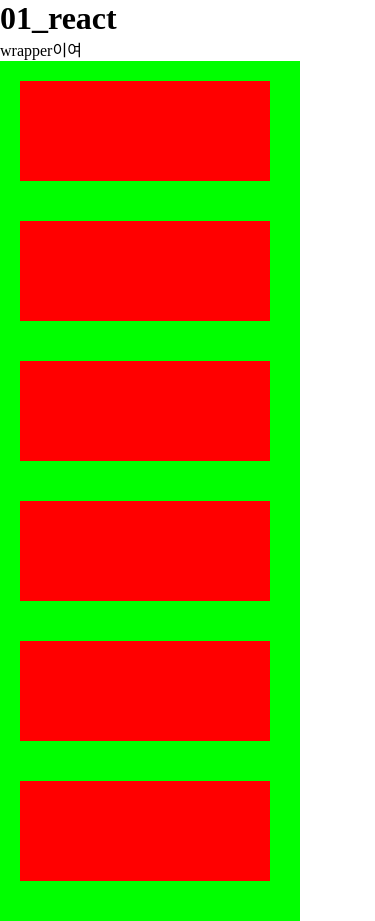
Repository: psun2/Korea-IT-Academy
Page: (back up) _ 오전/study_a/web_work/htmlCssProj/WebContent/react/01_react.html
These files come from the project's save history. The page is drawn as it stood at one moment and after the next save; the edit follows.
The browser window is 375 px wide. The pictures show the whole page.

Above is the page before, as saved 2020-07-29 06:40:25.

After the next save:
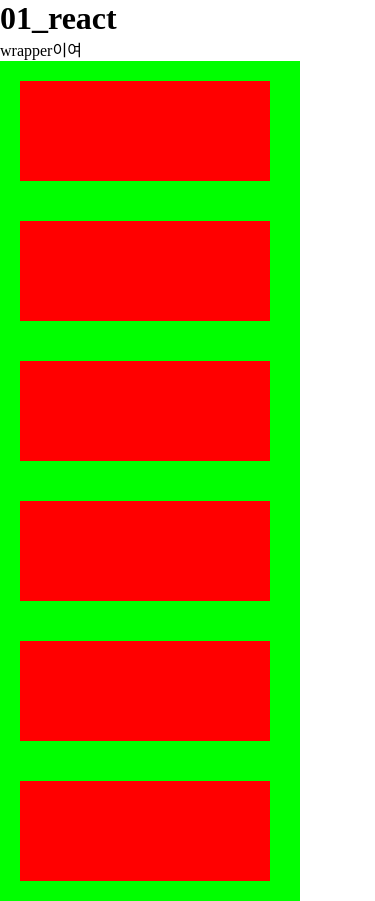
Saved 16 s later.
--- a/(back up) _ 오전/study_a/web_work/htmlCssProj/WebContent/react/01_react.html
+++ b/(back up) _ 오전/study_a/web_work/htmlCssProj/WebContent/react/01_react.html
@@ -15,7 +15,7 @@ minimum-scale=1.0, maximum-scale=1.0">
 	/* 테블릿 */
 	.wrapper{
 		width:600px;
-		height: 460px;
+		height: 420px;
 		background: #ff0;
 
 	}
@@ -32,7 +32,7 @@ minimum-scale=1.0, maximum-scale=1.0">
 		.wrapper{
 			background: #0f0;
 			width:300px;
-			height: 860px;
+			height: 840px;
 		}
 
 	}
